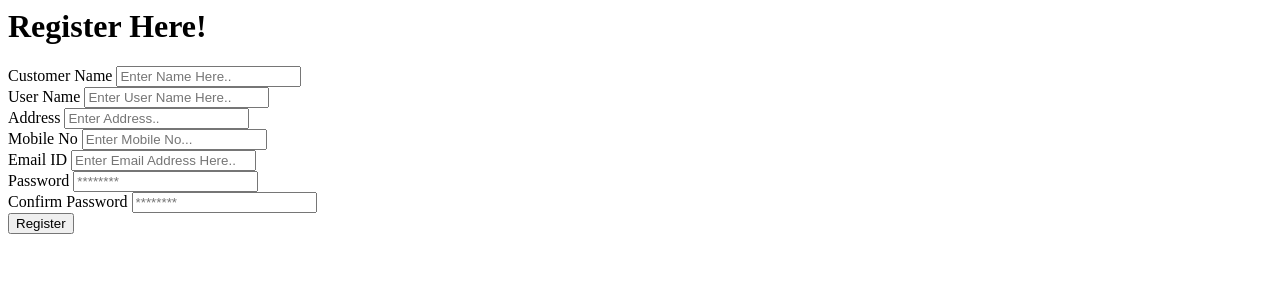
Repository: SmithaMendonca/Project-2
Page: EduCollaborationFrontend/WebContent/c_user/Register.html
These files come from the project's save history. The page is drawn as it stood at one moment and after the next save; the edit follows.
The browser window is 1280 px wide. The pictures show the whole page.

Above is the page before, as saved 2019-07-12 04:37:37.

After the next save:
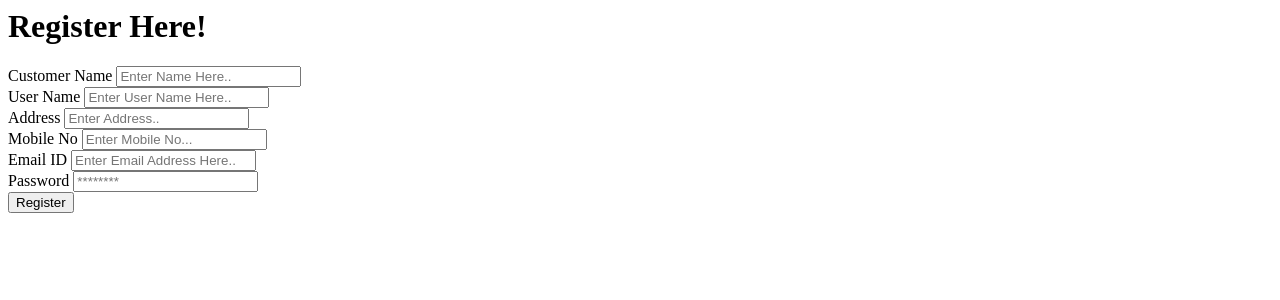
Saved 110 s later.
--- a/EduCollaborationFrontend/WebContent/c_user/Register.html
+++ b/EduCollaborationFrontend/WebContent/c_user/Register.html
@@ -38,10 +38,6 @@
 						<label>Password</label>
 						<input type="password"  class="form-control" name="password" ng-model="userDetail.password" placeholder="********" id="pass">
 					  </div>
-					<div class="col-sm-6 form-group">
-						<label>Confirm Password</label>
-						<input type="password"  class="form-control" name="confirm-password" placeholder="********" id="confirmpass">
-					</div>
 					 </div>
 
 					<button type="submit" class="btn btn-lg btn-info" ng-click="register()" value="Register">Register</button>
